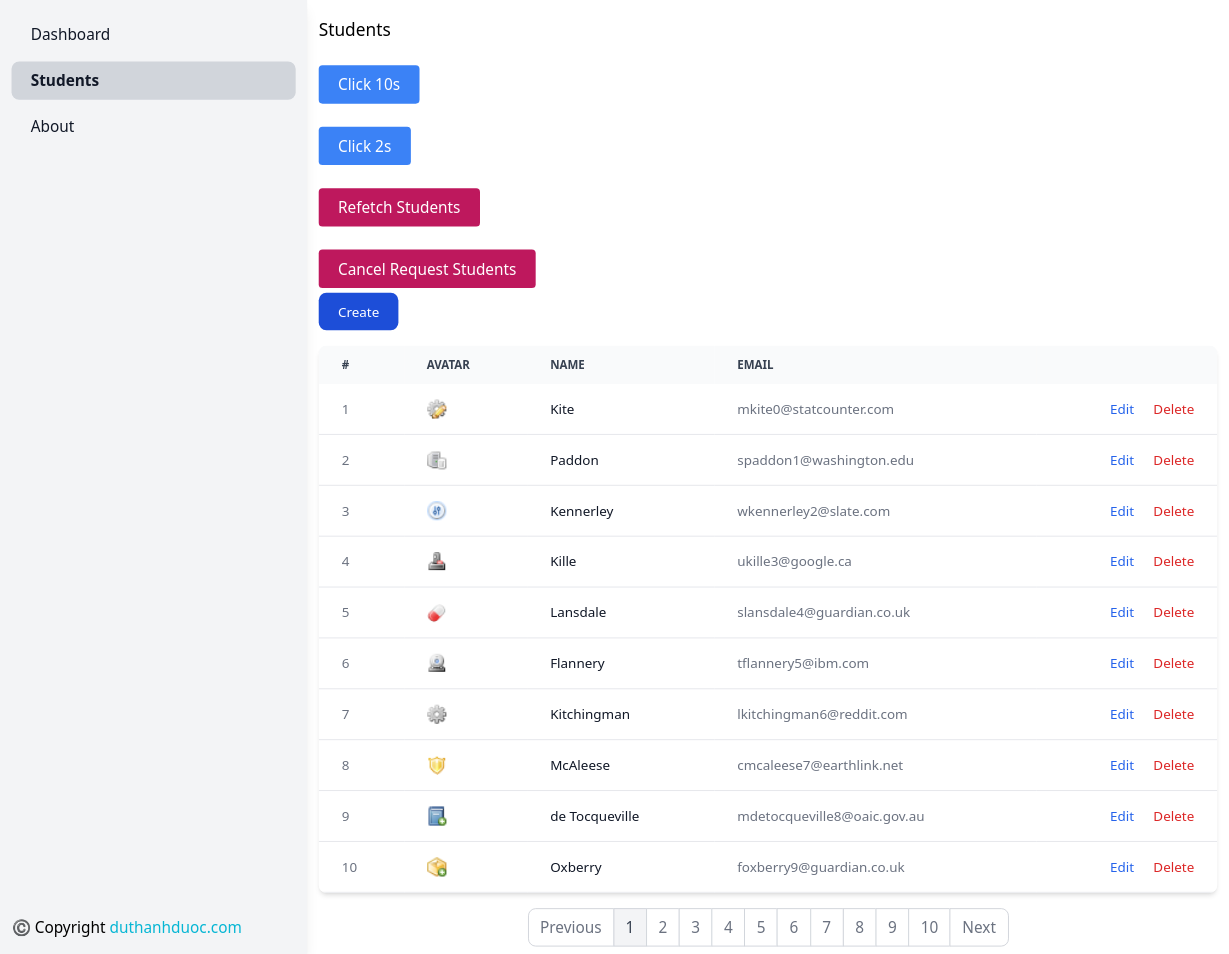
Repository: DoCaoLong/react-query
Page: /students (app in client/)
The author's editor kept a copy of each file at every save. The page is drawn from the files as they stood at one save, then again after the next save.
The browser window is 1280 px wide. The pictures show the whole page, at 96% of full size.
The project was rebuilt for these pictures with package versions that can differ from the ones it lists, and the page was loaded fresh each time. Some packages were replaced by stand-ins written for this rebuild. Requests to the local data server were answered from the project's data file. Also part of the build but not shown: client/src/pages/About/About.tsx, client/src/utils/isAxiosError.ts, client/src/pages/AddStudent/AddStudent.tsx, client/src/pages/Dashboard/Dashboard.tsx, client/src/pages/NotFound/NotFound.tsx.

Above is the page before, as saved 2023-04-25 11:47:03.

### client/src/App.tsx
import { useIsFetching, useIsMutating } from '@tanstack/react-query'
import Spinner from 'components/Spinner'
import MainLayout from 'layouts/MainLayout'
import About from 'pages/About'
import AddStudent from 'pages/AddStudent'
import Dashboard from 'pages/Dashboard'
import NotFound from 'pages/NotFound'
import Students from 'pages/Students'
import { useRoutes } from 'react-router-dom'

function App() {
  const elements = useRoutes([
    {
      path: '/',
      element: <Dashboard />
    },
    {
      path: '/students',
      element: <Students />
    },
    {
      path: '/students/:id',
      element: <AddStudent />
    },
    {
      path: '/students/add',
      element: <AddStudent />
    },
    {
      path: '/about',
      element: <About />
    },
    {
      path: '*',
      element: <NotFound />
    }
  ])

  const isFetching = useIsFetching()
  const isMutating = useIsMutating()

  return (
    <div className='App'>
      {isFetching + isMutating !== 0 && <Spinner />}
      <MainLayout>{elements}</MainLayout>
    </div>
  )
}

export default App

### client/src/components/Spinner/index.ts
import Spinner from 'components/Spinner/Spinner'

export default Spinner

### client/src/components/Spinner/Spinner.tsx
import React from 'react'

export default function Spinner() {
  return (
    <div role='status'>
      <svg
        aria-hidden='true'
        className='mr-2 h-8 w-8 animate-spin fill-blue-600 text-gray-200 dark:text-gray-600'
        viewBox='0 0 100 101'
        fill='none'
        xmlns='http://www.w3.org/2000/svg'
      >
        <path
          d='M100 50.5908C100 78.2051 77.6142 100.591 50 100.591C22.3858 100.591 0 78.2051 0 50.5908C0 22.9766 22.3858 0.59082 50 0.59082C77.6142 0.59082 100 22.9766 100 50.5908ZM9.08144 50.5908C9.08144 73.1895 27.4013 91.5094 50 91.5094C72.5987 91.5094 90.9186 73.1895 90.9186 50.5908C90.9186 27.9921 72.5987 9.67226 50 9.67226C27.4013 9.67226 9.08144 27.9921 9.08144 50.5908Z'
          fill='currentColor'
        />
        <path
          d='M93.9676 39.0409C96.393 38.4038 97.8624 35.9116 97.0079 33.5539C95.2932 28.8227 92.871 24.3692 89.8167 20.348C85.8452 15.1192 80.8826 10.7238 75.2124 7.41289C69.5422 4.10194 63.2754 1.94025 56.7698 1.05124C51.7666 0.367541 46.6976 0.446843 41.7345 1.27873C39.2613 1.69328 37.813 4.19778 38.4501 6.62326C39.0873 9.04874 41.5694 10.4717 44.0505 10.1071C47.8511 9.54855 51.7191 9.52689 55.5402 10.0491C60.8642 10.7766 65.9928 12.5457 70.6331 15.2552C75.2735 17.9648 79.3347 21.5619 82.5849 25.841C84.9175 28.9121 86.7997 32.2913 88.1811 35.8758C89.083 38.2158 91.5421 39.6781 93.9676 39.0409Z'
          fill='currentFill'
        />
      </svg>
      <span className='sr-only'>Loading...</span>
    </div>
  )
}

### client/src/layouts/MainLayout/MainLayout.tsx
import React from 'react'
import { NavLink } from 'react-router-dom'

interface Props {
  children?: React.ReactNode
}

export default function MainLayout({ children }: Props) {
  return (
    <div className='grid min-h-screen grid-cols-4'>
      <aside className='col-span-1' aria-label='Sidebar'>
        <div className='flex h-full flex-col overflow-y-auto bg-gray-100 py-4 px-3 shadow-lg'>
          <ul className='space-y-2'>
            <li>
              <NavLink
                to='/'
                end
                className={({ isActive }) => {
                  const activeClass = isActive ? 'bg-gray-300' : ''
                  return `flex items-center rounded-lg ${activeClass} p-2 text-base font-normal text-gray-900 hover:bg-gray-300`
                }}
              >
                {({ isActive }) => <span className={`ml-3 ${isActive ? 'font-bold' : ''}`}>Dashboard</span>}
              </NavLink>
            </li>
            <li>
              <NavLink
                to='/students'
                className={({ isActive }) => {
                  const activeClass = isActive ? 'bg-gray-300' : ''
                  return `flex items-center rounded-lg ${activeClass} p-2 text-base font-normal text-gray-900 hover:bg-gray-300`
                }}
              >
                {({ isActive }) => <span className={`ml-3 ${isActive ? 'font-bold' : ''}`}>Students</span>}
              </NavLink>
            </li>
            <li>
              <NavLink
                to='/about'
                className={({ isActive }) => {
                  const activeClass = isActive ? 'bg-gray-300' : ''
                  return `flex items-center rounded-lg ${activeClass} p-2 text-base font-normal text-gray-900 hover:bg-gray-300`
                }}
              >
                {({ isActive }) => <span className={`ml-3 ${isActive ? 'font-bold' : ''}`}>About</span>}
              </NavLink>
            </li>
          </ul>
          <div className='mt-auto'>
            ©️ Copyright{' '}
            <a href='https://duthanhduoc.com' target='_blank' rel='noreferrer' className='text-cyan-500'>
              duthanhduoc.com
            </a>
          </div>
        </div>
      </aside>
      <main className='col-span-3 h-full py-4 px-3'>{children}</main>
    </div>
  )
}

### client/src/pages/Students/Students.tsx
import { useMutation, useQuery, useQueryClient } from '@tanstack/react-query'
import { deleteStudent, getStudent, getStudents } from 'apis/student.api'
import { Link } from 'react-router-dom'
import { useQueryString } from 'utils/useSearchQueryString'
import classNames from 'classnames'
import { toast } from 'react-toastify'
const LIMIT = 10

export default function Students() {
  const queryClient = useQueryClient()
  const queryString: { page?: string } = useQueryString()
  const page = Number(queryString.page) || 1

  const studentsQuery = useQuery({
    queryKey: ['students', page],
    // call thong thuong va handle tay click stop call api
    // queryFn: ({ signal }) => getStudents(page, LIMIT, signal), // signal de huy call api tu axios

    // dung method cua axios de huy call api sau 5s
    queryFn: () => {
      const controller = new AbortController()
      setTimeout(() => {
        controller.abort()
      }, 5000)
      return getStudents(page, LIMIT, controller.signal)
    },
    retry: 0, // default call api 3 lan sau khi call error, set: 0 -> k retry
    keepPreviousData: true // call api ve r trigger ra view k hien loading
    // staleTime: 6 * 1000, // call lai api sau 60s
    // cacheTime: 8 * 1000 // cache data trong 80s thuong se
  })

  const deleteMutate = useMutation({
    mutationFn: (id: string | number) => deleteStudent(id),
    onSuccess: () => {
      queryClient.invalidateQueries({ queryKey: ['students', page], exact: true })
    }
    // c2
    //  onSuccess: (_,id) => {
    //   toast.success(`Delete Success Student Id: ${id}`)
    //   queryClient.invalidateQueries({ queryKey: ['students', page], exact: true })
    // }
  })

  const handleDelete = (id: string | number) => {
    deleteMutate.mutate(id, {
      onSuccess: () => {
        toast.success(`Delete Success Student Id: ${id}`)
      }
    })
  }

  const fetchStudent = (second: number) => {
    const id = '6'
    queryClient.prefetchQuery(['student', id], {
      queryFn: () => getStudent(id),
      staleTime: second * 1000
    })
  }

  const refetchStudents = () => {
    studentsQuery.refetch()
  }

  const cancelRequestStudents = () => {
    queryClient.cancelQueries({ queryKey: ['students', page] })
  }

  const totalStudentCount = Number(studentsQuery.data?.headers['x-total-count'])
  const totalPage = Math.ceil(totalStudentCount / LIMIT)

  return (
    <div>
      <h1 className='text-lg'>Students</h1>
      <div>
        <button className='mt-6 rounded bg-blue-500 px-5 py-2 text-white' onClick={() => fetchStudent(10)}>
          Click 10s
        </button>
      </div>
      <div>
        <button className='mt-6 rounded bg-blue-500 px-5 py-2 text-white' onClick={() => fetchStudent(2)}>
          Click 2s
        </button>
      </div>
      <div>
        <button className='mt-6 rounded bg-pink-700 px-5 py-2 text-white' onClick={refetchStudents}>
          Refetch Students
        </button>
      </div>
      <div>
        <button className='mt-6 rounded bg-pink-700 px-5 py-2 text-white' onClick={cancelRequestStudents}>
          Cancel Request Students
        </button>
      </div>
      <div className='mt-3'>
        <Link
          to='/students/add'
          type='button'
          className='mb-2 mr-2 rounded-lg bg-blue-700 px-5 py-2.5 text-sm font-medium text-white hover:bg-blue-800 focus:outline-none focus:ring-4 focus:ring-blue-300'
        >
          Create
        </Link>
      </div>
      {studentsQuery.isLoading ? (
        <div role='status' className='mt-6 animate-pulse'>
          <div className='mb-4 h-4  rounded bg-gray-200 dark:bg-gray-700' />
          <div className='mb-2.5 h-10  rounded bg-gray-200 dark:bg-gray-700' />
          <div className='mb-2.5 h-10 rounded bg-gray-200 dark:bg-gray-700' />
          <div className='mb-2.5 h-10  rounded bg-gray-200 dark:bg-gray-700' />
          <div className='mb-2.5 h-10  rounded bg-gray-200 dark:bg-gray-700' />
          <div className='mb-2.5 h-10  rounded bg-gray-200 dark:bg-gray-700' />
          <span className='sr-only'>Loading...</span>
        </div>
      ) : (
        <>
          {/* table */}
          <div className='relative mt-6 overflow-x-auto shadow-md sm:rounded-lg'>
            <table className='w-full text-left text-sm text-gray-500 dark:text-gray-400'>
              <thead className='bg-gray-50 text-xs uppercase text-gray-700 dark:bg-gray-700 dark:text-gray-400'>
                <tr>
                  <th scope='col' className='px-6 py-3'>
                    #
                  </th>
                  <th scope='col' className='px-6 py-3'>
                    Avatar
                  </th>
                  <th scope='col' className='px-6 py-3'>
                    Name
                  </th>
                  <th scope='col' className='px-6 py-3'>
                    Email
                  </th>
                  <th scope='col' className='px-6 py-3'>
                    <span className='sr-only'>Action</span>
                  </th>
                </tr>
              </thead>
              <tbody>
                {studentsQuery?.data?.data.map((item, index) => (
                  <tr
                    key={item.id}
                    className='border-b bg-white hover:bg-gray-50 dark:border-gray-700 dark:bg-gray-800 dark:hover:bg-gray-600'
                  >
                    <td className='px-6 py-4'>{item.id}</td>
                    <td className='px-6 py-4'>
                      <img src={item.avatar} alt='student' className='h-5 w-5' />
                    </td>
                    <th scope='row' className='whitespace-nowrap px-6 py-4 font-medium text-gray-900 dark:text-white'>
                      {item.last_name}
                    </th>
                    <td className='px-6 py-4'>{item.email}</td>
                    <td className='px-6 py-4 text-right'>
                      <Link
                        to={`/students/${item.id}`}
                        className='mr-5 font-medium text-blue-600 hover:underline dark:text-blue-500'
                      >
                        Edit
                      </Link>
                      <button
                        onClick={() => handleDelete(item.id)}
                        className='font-medium text-red-600 dark:text-red-500'
                      >
                        Delete
                      </button>
                    </td>
                  </tr>
                ))}
              </tbody>
            </table>
          </div>
          {/* close table */}

          {/* pagination */}
          <div className='mt-6 flex justify-center'>
            <nav aria-label='Page navigation example'>
              <ul className='inline-flex -space-x-px'>
                <li>
                  {page === 1 ? (
                    <span className='cursor-not-allowed rounded-l-lg border border-gray-300 bg-white px-3 py-2 leading-tight text-gray-500 hover:bg-gray-100 hover:text-gray-700 '>
                      Previous
                    </span>
                  ) : (
                    <Link
                      className='rounded-l-lg border border-gray-300 bg-white px-3 py-2 leading-tight text-gray-500 hover:bg-gray-100 hover:text-gray-700 '
                      to={`/students?page=${page - 1}`}
                    >
                      Previous
                    </Link>
                  )}
                </li>

                {Array(totalPage)
                  .fill(0)
                  .map((_, index) => {
                    const pageNumber = index + 1
                    const isActive = page === pageNumber
                    return (
                      <li key={index}>
                        <Link
                          key={pageNumber}
                          className={classNames(
                            'border border-gray-300  px-3 py-2 leading-tight text-gray-500 hover:bg-gray-100 hover:text-gray-700',
                            { 'bg-gray-100 text-gray-700': isActive, 'bg-white text-gray-500': !isActive }
                          )}
                          to={`/students?page=${pageNumber}`}
                        >
                          {pageNumber}
                        </Link>
                      </li>
                    )
                  })}
                <li>
                  {page === totalPage ? (
                    <span className='cursor-not-allowed rounded-r-lg border border-gray-300 bg-white px-3 py-2 leading-tight text-gray-500 hover:bg-gray-100 hover:text-gray-700 '>
                      Next
                    </span>
                  ) : (
                    <Link
                      className='rounded-r-lg border border-gray-300 bg-white px-3 py-2 leading-tight text-gray-500 hover:bg-gray-100 hover:text-gray-700 '
                      to={`/students?page=${page + 1}`}
                    >
                      Next
                    </Link>
                  )}
                </li>
              </ul>
            </nav>
          </div>
          {/* close pagination */}
        </>
      )}
    </div>
  )
}

### client/src/apis/student.api.ts
import { IStudent, IStudents } from 'types/student.type'
import http from 'utils/http'

export const getStudents = (page: number | string, limit: number | string, signal?: AbortSignal) => {
  return http.get<IStudents>('students', {
    params: {
      _page: page,
      _limit: limit
    },
    signal
  })
}

export const getStudent = (id: number | string) => http.get<IStudent>(`students/${id}`)

export const addStudent = (student: Omit<IStudent, 'id'>) => http.post<IStudent>('students', student)

export const editStudent = (id: number | string, student: IStudent) => http.put<IStudent>(`students/${id} `, student)

export const deleteStudent = (id: number | string) => http.delete<{}>(`students/${id}`)

### client/src/utils/useSearchQueryString.ts
import { useSearchParams } from 'react-router-dom'

export const useQueryString = () => {
  const [searchParams] = useSearchParams()
  const searchParamsObject = Object.fromEntries([...searchParams])
  return searchParamsObject
}

### client/src/utils/http.ts
import axios, { AxiosInstance } from 'axios'

class Http {
  instance: AxiosInstance
  constructor() {
    this.instance = axios.create({
      baseURL: 'http://localhost:4000/',
      timeout: 10000,
      headers: {
        'Content-Type': 'application/json'
      }
    })
  }
}

const http = new Http().instance
export default http

Loaded but not shown: client/public/index.html (common file); client/src/index.tsx (common file); client/src/index.css (common file); client/src/reportWebVitals.ts (common file); client/src/layouts/MainLayout/index.ts (common file); client/src/pages/About/index.ts (common file); client/src/pages/AddStudent/index.ts (common file); client/src/pages/Dashboard/index.ts (common file); client/src/pages/NotFound/index.ts (common file); client/src/pages/Students/index.ts (common file); client/tailwind.config.js (common file); server/db.json (1004 lines, source omitted)

After the next save:
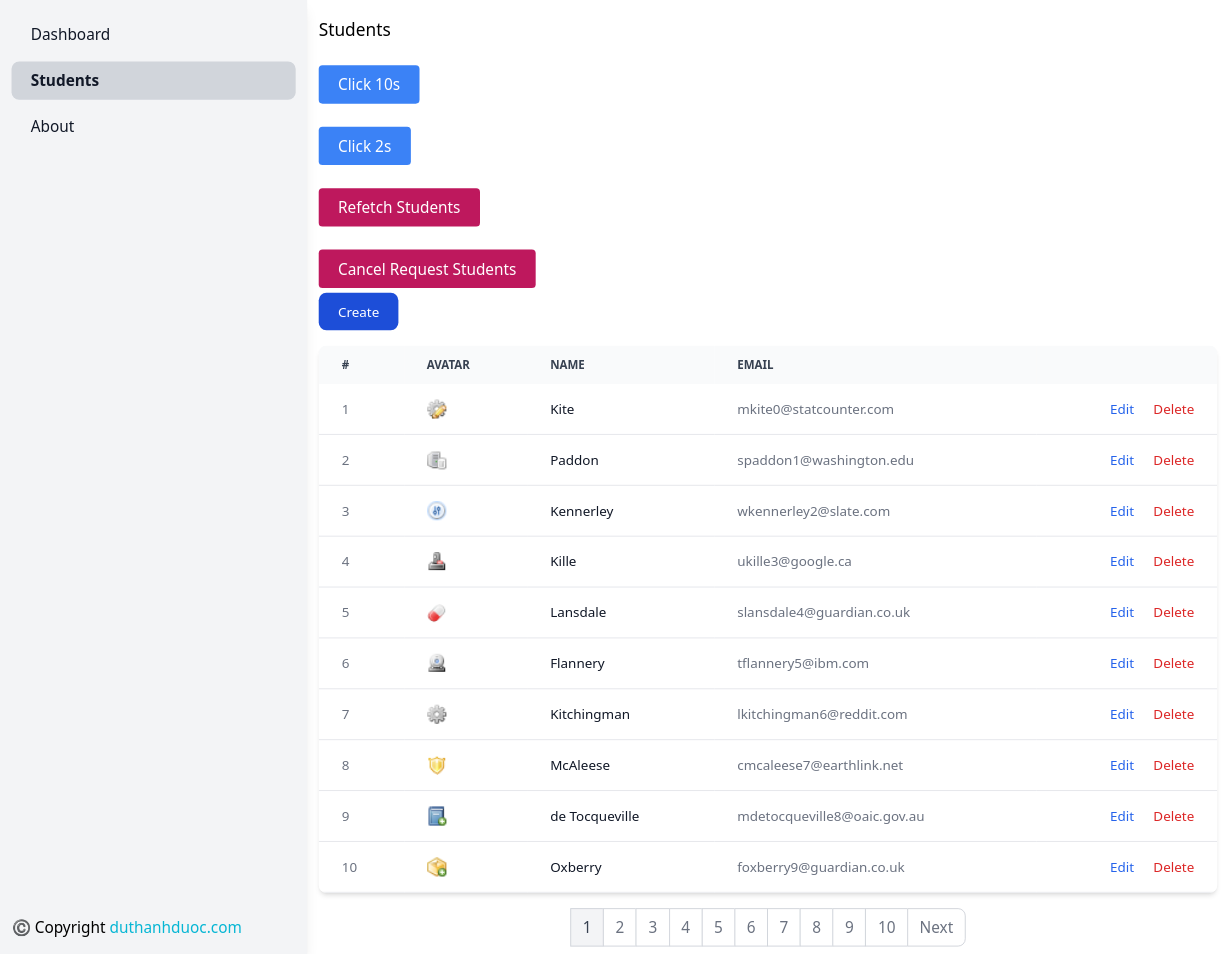
Saved 53 s later.
--- a/client/src/pages/Students/Students.tsx
+++ b/client/src/pages/Students/Students.tsx
@@ -174,7 +174,7 @@
           <div className='mt-6 flex justify-center'>
             <nav aria-label='Page navigation example'>
               <ul className='inline-flex -space-x-px'>
-                <li>
+                {/* <li>
                   {page === 1 ? (
                     <span className='cursor-not-allowed rounded-l-lg border border-gray-300 bg-white px-3 py-2 leading-tight text-gray-500 hover:bg-gray-100 hover:text-gray-700 '>
                       Previous
@@ -187,7 +187,7 @@
                       Previous
                     </Link>
                   )}
-                </li>
+                </li> */}
 
                 {Array(totalPage)
                   .fill(0)

After the save that followed:
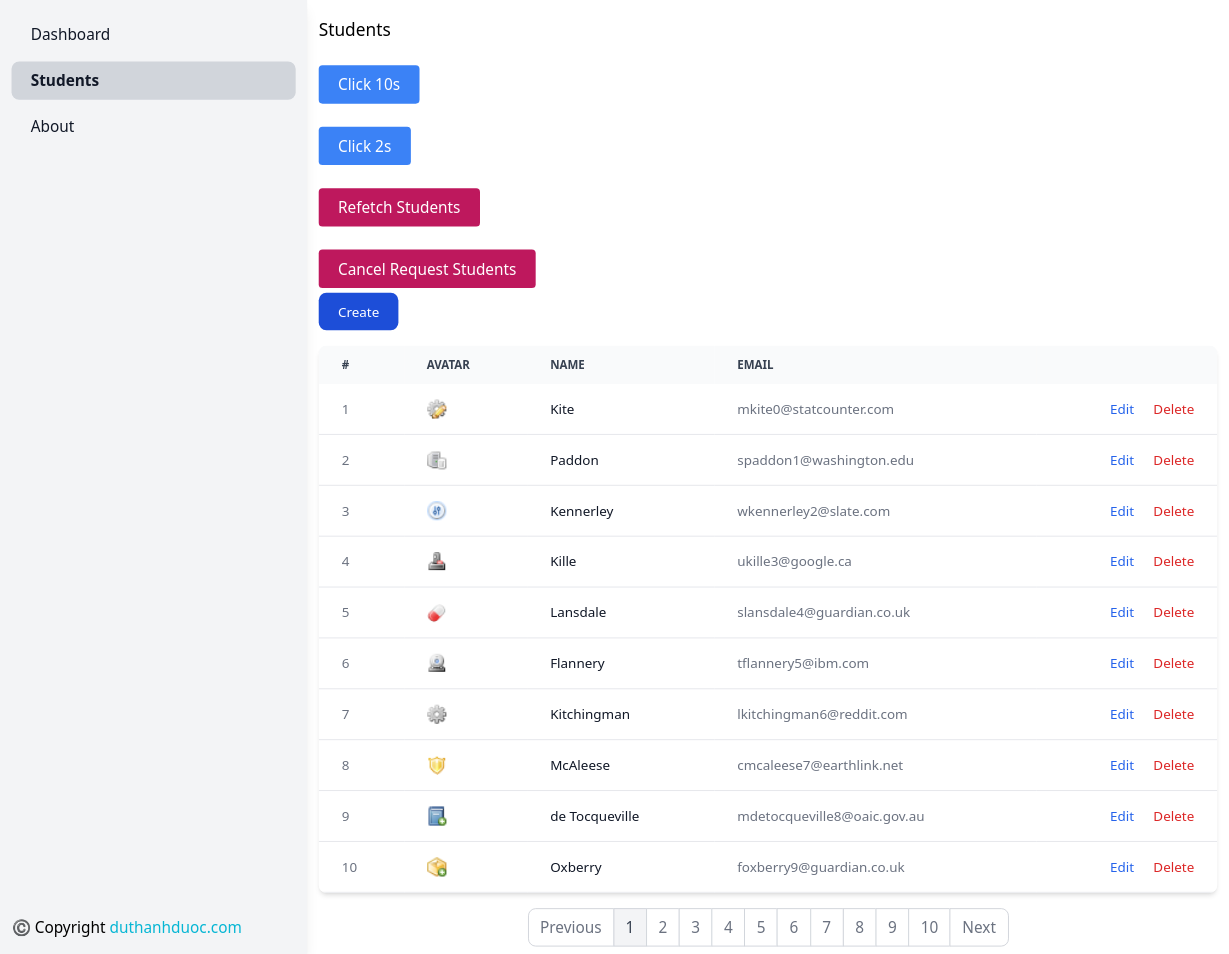
Saved 36 s later.
--- a/client/src/pages/Students/Students.tsx
+++ b/client/src/pages/Students/Students.tsx
@@ -66,7 +66,7 @@
     queryClient.cancelQueries({ queryKey: ['students', page] })
   }
 
-  const totalStudentCount = Number(studentsQuery.data?.headers['x-total-count'])
+  const totalStudentCount = Number(studentsQuery?.data?.headers['x-total-count'])
   const totalPage = Math.ceil(totalStudentCount / LIMIT)
 
   return (
@@ -174,7 +174,7 @@
           <div className='mt-6 flex justify-center'>
             <nav aria-label='Page navigation example'>
               <ul className='inline-flex -space-x-px'>
-                {/* <li>
+                <li>
                   {page === 1 ? (
                     <span className='cursor-not-allowed rounded-l-lg border border-gray-300 bg-white px-3 py-2 leading-tight text-gray-500 hover:bg-gray-100 hover:text-gray-700 '>
                       Previous
@@ -187,7 +187,7 @@
                       Previous
                     </Link>
                   )}
-                </li> */}
+                </li>
 
                 {Array(totalPage)
                   .fill(0)
